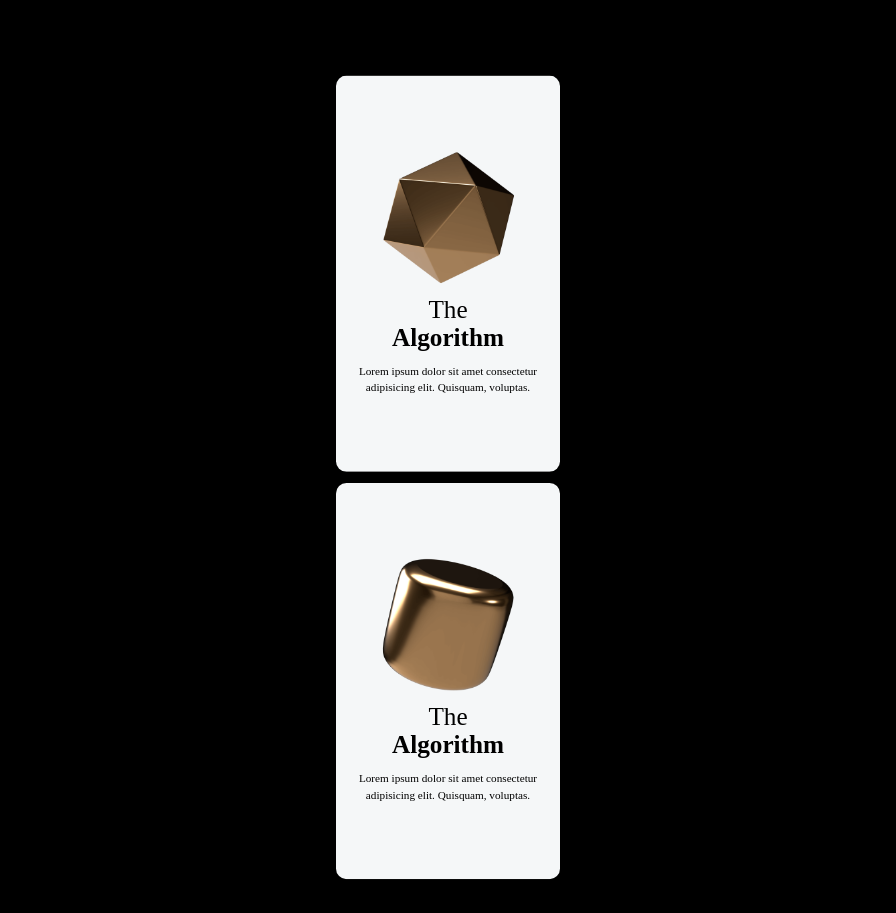
Repository: Himani0002/Scroll-Trigger
Page: index.html
An editor plug-in stored every save of this project. The page is shown before and after the next save, followed by the edit.
The browser window is 1280 px wide. The pictures show the whole page, at 70% of full size.
Some web fonts or font styles are not loaded; a fallback is used. Some web libraries are served in a nearby version.

Above is the page before, as saved 2024-11-15 21:42:04.

### index.html
<!DOCTYPE html>
<html lang="en">

<head>
  <meta charset="UTF-8">
  <meta name="viewport" content="width=device-width, initial-scale=1.0">
  <script src="https://cdn.tailwindcss.com"></script>
  <title>Document</title>
  <style>
    @import url('https://fonts.googleapis.com/css2?family=Edu+AU+VIC+WA+NT+Pre:wght@400..700&family=Lato:ital,wght@0,100;0,300;0,400;0,700;0,900;1,100;1,300;1,400;1,700;1,900&family=Montserrat:ital,wght@0,100..900;1,100..900&family=Roboto+Slab:wght@100..900&display=swap');

    * {
      padding: 0;
      font-family: "Edu AU VIC WA NT Pre", cursive;
      margin: 0;
      box-sizing: border-box;
    }

    html,
    body {
      height: 100%;
      width: 100%;
      background-color: black;
    }
  </style>
</head>
<main class="w-full  text-center flex flex-col gap-4 items-center pt-[15vh]">
  <div
    class="card1 flex sticky top-[15vh] flex-col w-[25svw] rounded-[15px] py-[15vh] px-[20px] gap-4 items-center bg-[#F5F7F8]">
    <img src="./image/1.png" class="w-[190px] aspect-square" alt="">
    <h1 class="text-4xl font-thin">
      The<br>
      <span class="font-bold">Algorithm</span>
    </h1>
    <p>
      Lorem ipsum dolor sit amet consectetur adipisicing elit. Quisquam, voluptas.
    </p>
  </div>
  <div
    class="card2 sticky top-[15vh] flex flex-col w-[25svw] rounded-[15px] py-[15vh] px-[20px] gap-4 items-center bg-[#F5F7F8]">
    <img src="./image/2.png" class="w-[190px] aspect-square" alt="">
    <h1 class="text-4xl font-thin">
      The<br>
      <span class="font-bold">Algorithm</span>
    </h1>
    <p>
      Lorem ipsum dolor sit amet consectetur adipisicing elit. Quisquam, voluptas.
    </p>
  </div>

</main>

<body>

</body>

</html>

After the next save:
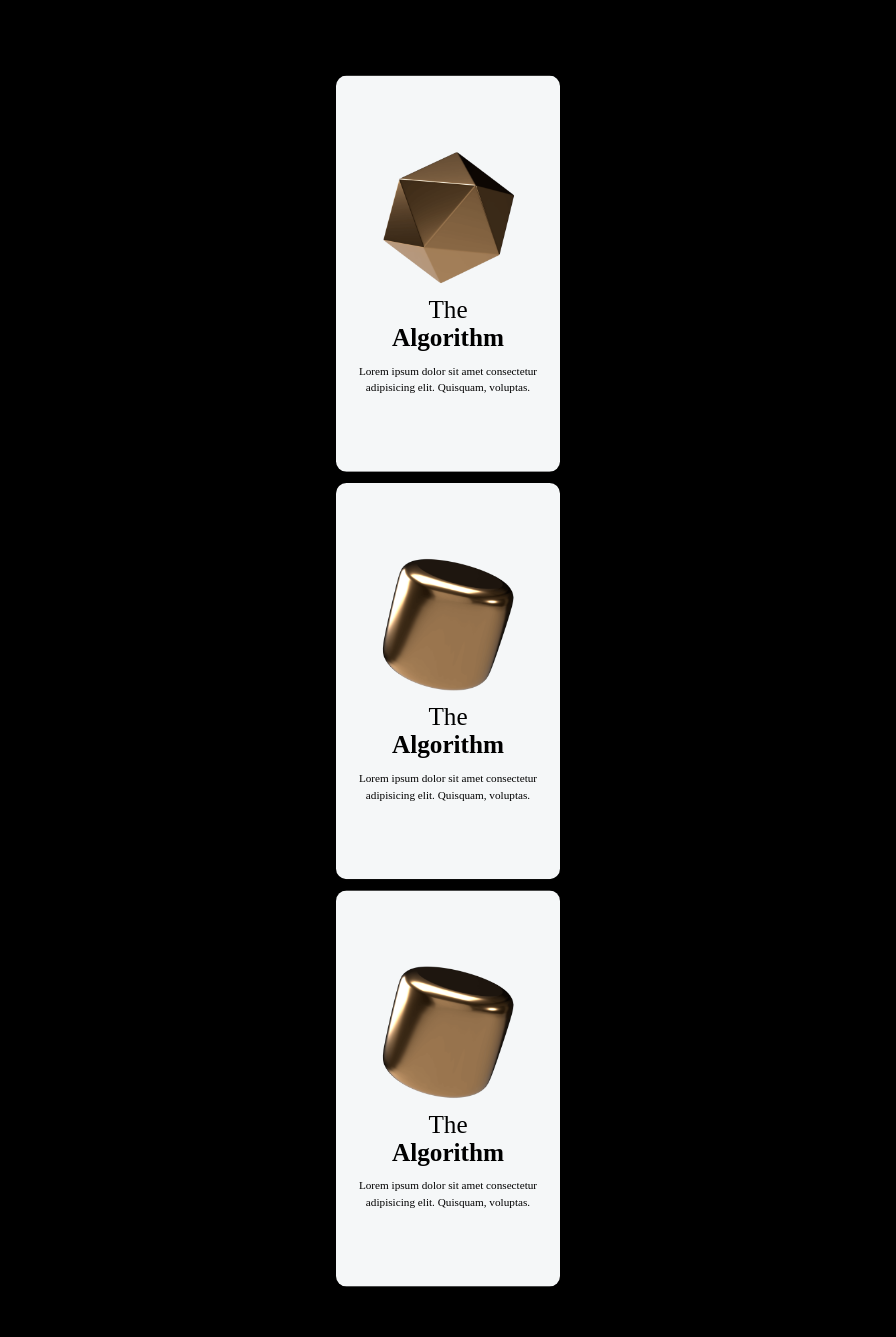
Saved 10 s later.
--- a/index.html
+++ b/index.html
@@ -47,6 +47,17 @@
       Lorem ipsum dolor sit amet consectetur adipisicing elit. Quisquam, voluptas.
     </p>
   </div>
+  <div
+    class="card2 sticky top-[15vh] flex flex-col w-[25svw] rounded-[15px] py-[15vh] px-[20px] gap-4 items-center bg-[#F5F7F8]">
+    <img src="./image/2.png" class="w-[190px] aspect-square" alt="">
+    <h1 class="text-4xl font-thin">
+      The<br>
+      <span class="font-bold">Algorithm</span>
+    </h1>
+    <p>
+      Lorem ipsum dolor sit amet consectetur adipisicing elit. Quisquam, voluptas.
+    </p>
+  </div>
 
 </main>
 
